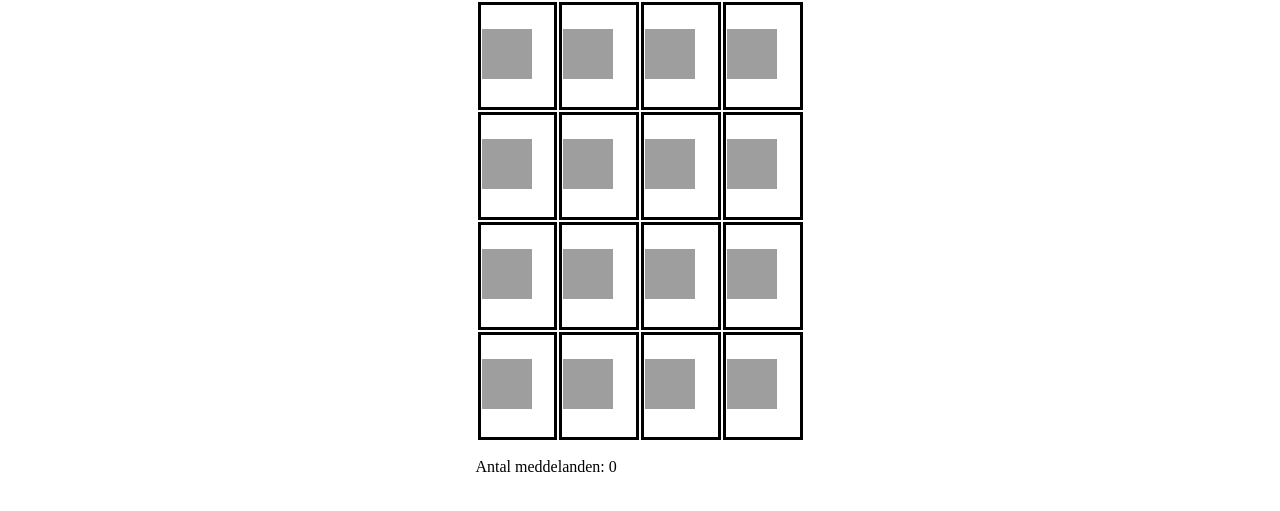
Repository: ed222gg/1dv403-laborationer-1
Page: 3-gameon/memory/index.html
The author's editor kept a record of every edit. The page is drawn from the files as they stood at one moment, then again after the next edit.
The browser window is 1280 px wide. The pictures show the whole page.
Pictures or frames that could not be fetched are drawn as grey boxes.

Above is the page before.

After the next edit:
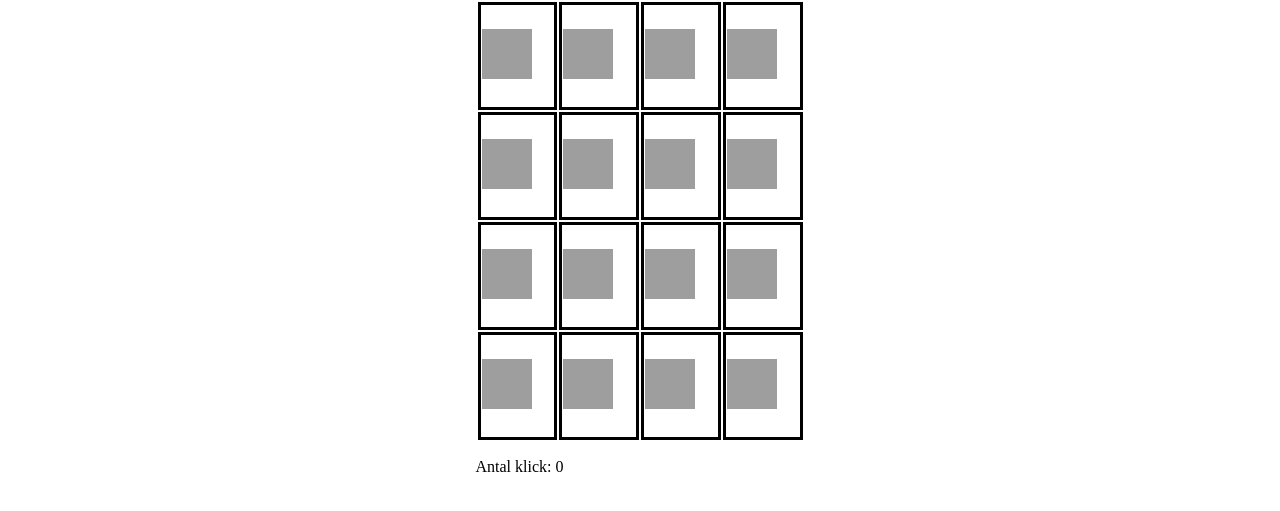
The edit:
--- a/3-gameon/memory/index.html
+++ b/3-gameon/memory/index.html
@@ -26,8 +26,7 @@
 
         </div>
 
-
-            <p id="count">Antal meddelanden: 0</p>
+            <p id="counter">Antal klick: 0</p>
 
 
 
